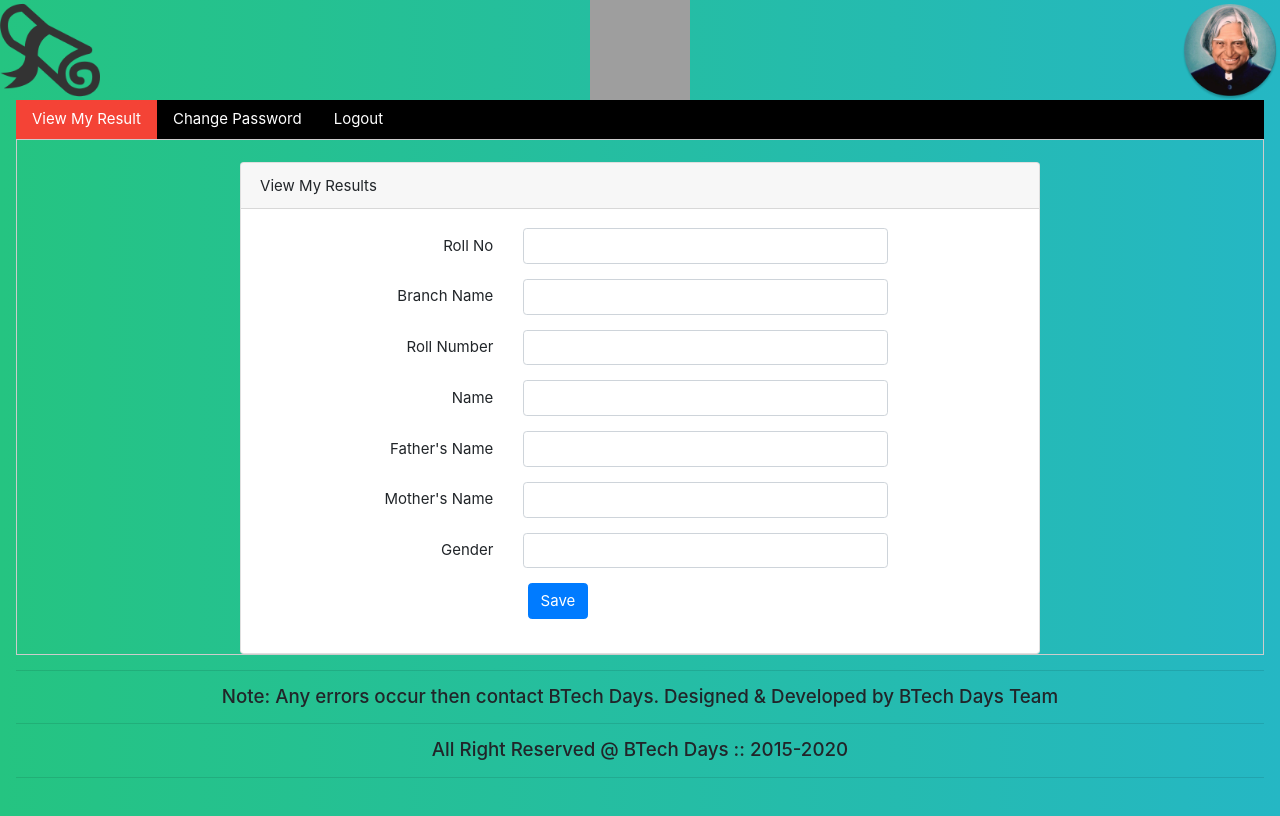
Repository: AlkaDas991/Dbms
Page: http://localhost/Student_Record_Management/studentHome.jsp
These files come from the project's save history. The page is drawn as it stood at one moment and after the next save; the edit follows.
The browser window is 1280 px wide. The pictures show the whole page.
Pictures or frames that could not be fetched are drawn as grey boxes. Some web fonts or font styles are not loaded; a fallback is used. Some web libraries are served in a nearby version. The page is served by Tomcat 9.

Above is the page before, as saved 2021-03-12 18:48:30.
Console error: TypeError: Cannot read properties of undefined (reading 'fn')

After the next save:
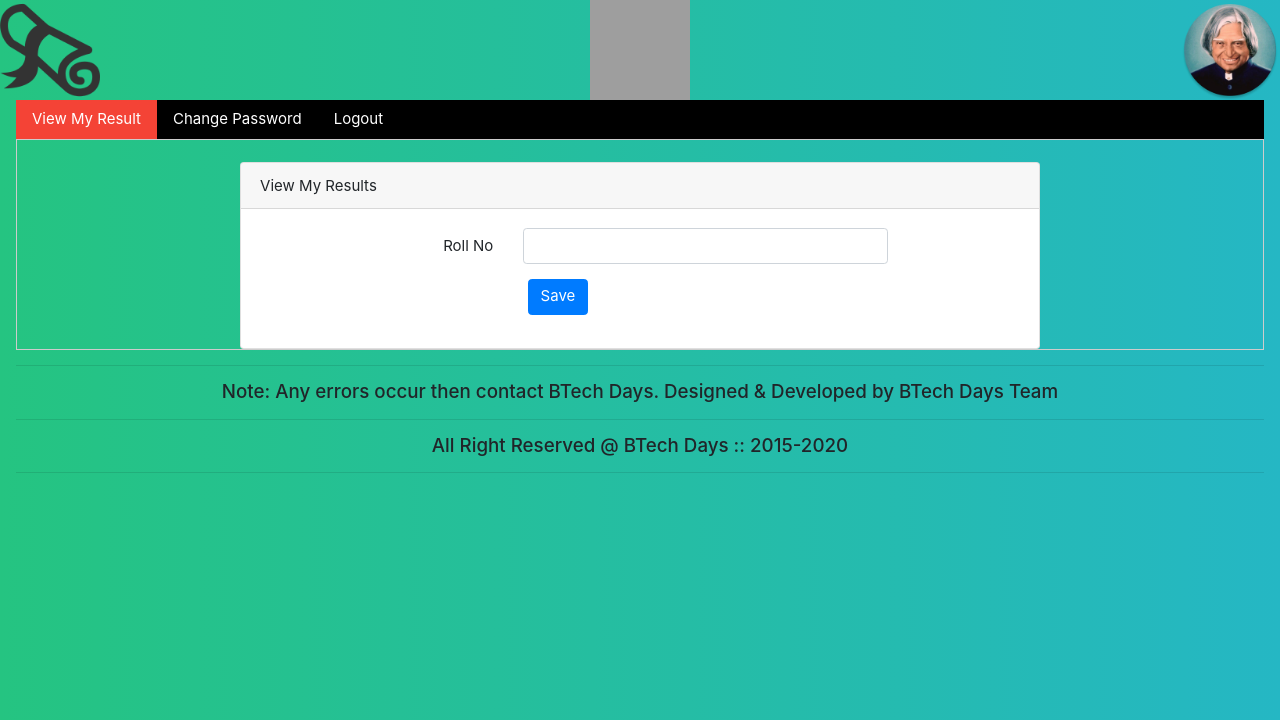
Saved 15 s later.
--- a/Student Record Management/WebContent/studentHome.jsp
+++ b/Student Record Management/WebContent/studentHome.jsp
@@ -55,47 +55,6 @@
                                     </div>
                                 </div>
 
-                                <div class="form-group row">
-                                    <label for="email_address" class="col-md-4 col-form-label text-md-right">Branch Name</label>
-                                    <div class="col-md-6">
-                                        <input type="text"  class="form-control" name="branch">
-                                    </div>
-                                </div>
-
-                                <div class="form-group row">
-                                    <label for="user_name" class="col-md-4 col-form-label text-md-right">Roll Number</label>
-                                    <div class="col-md-6">
-                                        <input type="text" class="form-control" name="rollNo">
-                                    </div>
-                                </div>
-
-                                <div class="form-group row">
-                                    <label for="phone_number" class="col-md-4 col-form-label text-md-right">Name</label>
-                                    <div class="col-md-6">
-                                        <input type="text"  class="form-control" name="name">
-                                    </div>
-                                </div>
-
-                                <div class="form-group row">
-                                    <label for="present_address" class="col-md-4 col-form-label text-md-right">Father's Name</label>
-                                    <div class="col-md-6">
-                                        <input type="text"  class="form-control" name="fatherName">
-                                    </div>
-                                </div>
-
-                                <div class="form-group row">
-                                    <label for="present_address" class="col-md-4 col-form-label text-md-right">Mother's Name</label>
-                                    <div class="col-md-6">
-                                        <input type="text"  class="form-control" name="motherName">
-                                    </div>
-                                </div>
-
-                                <div class="form-group row">
-                                    <label for="permanent_address" class="col-md-4 col-form-label text-md-right">Gender</label>
-                                    <div class="col-md-6">
-                                        <input type="text" class="form-control" name="gender">
-                                    </div>
-                                </div>
 
                                     <div class="col-md-6 offset-md-4">
                                         <button type="submit" class="btn btn-primary">
